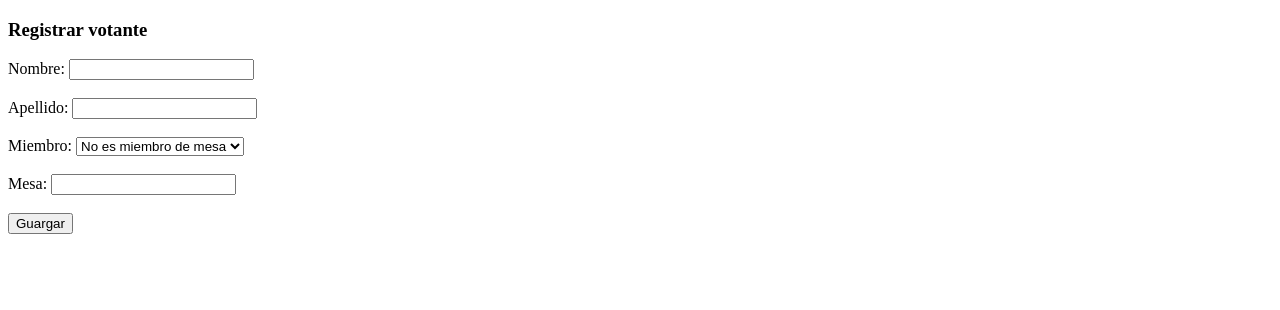
Repository: quino22/ulasalle
Page: ev3-70391273/war/registrar.html
These files come from the project's save history. The page is drawn as it stood at one moment and after the next save; the edit follows.
The browser window is 1280 px wide. The pictures show the whole page.

Above is the page before, as saved 2016-11-04 21:25:48.

### ev3-70391273/war/registrar.html
<!DOCTYPE html>
<html>
<head>
<meta charset="UTF-8">
<title>Registrar</title>
</head>
<body>
<h3>Registrar votante</h3>
<form action="/registrar" method="post">
Nombre: <input type="text" name="nombre">
<br><br>
Apellido: <input type="text" name="apellido">
<br><br>
Miembro:
<select name="miembro">
	<option value="no">No es miembro de mesa</option>
	<option value="si">Si en miembro de mesa</option>
</select>
<br><br>
Mesa: <input type="text" name="mesa">
<br><br>
<input type="submit" value="Guargar">
</form>
</body>
</html>

After the next save:
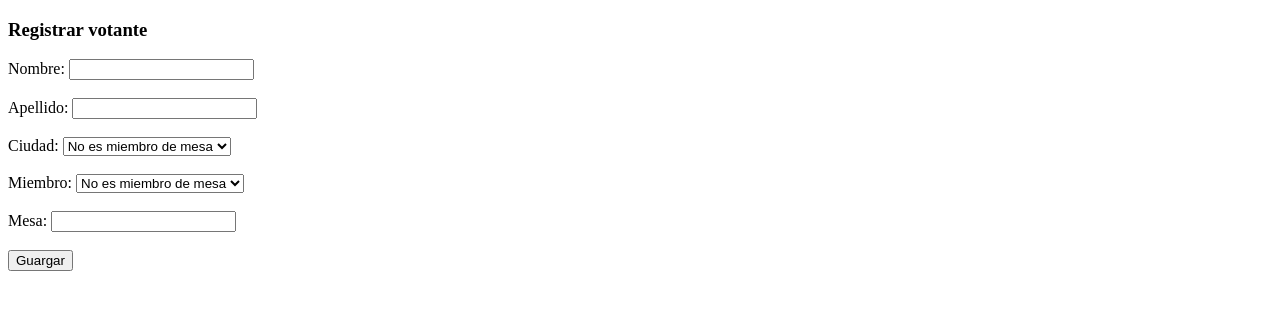
Saved 64 s later.
--- a/ev3-70391273/war/registrar.html
+++ b/ev3-70391273/war/registrar.html
@@ -11,6 +11,14 @@ Nombre: <input type="text" name="nombre">
 <br><br>
 Apellido: <input type="text" name="apellido">
 <br><br>
+
+Ciudad:
+<select name="miembro">
+	<option value="no">No es miembro de mesa</option>
+	<option value="si">Si en miembro de mesa</option>
+</select>
+<br><br>
+
 Miembro:
 <select name="miembro">
 	<option value="no">No es miembro de mesa</option>
